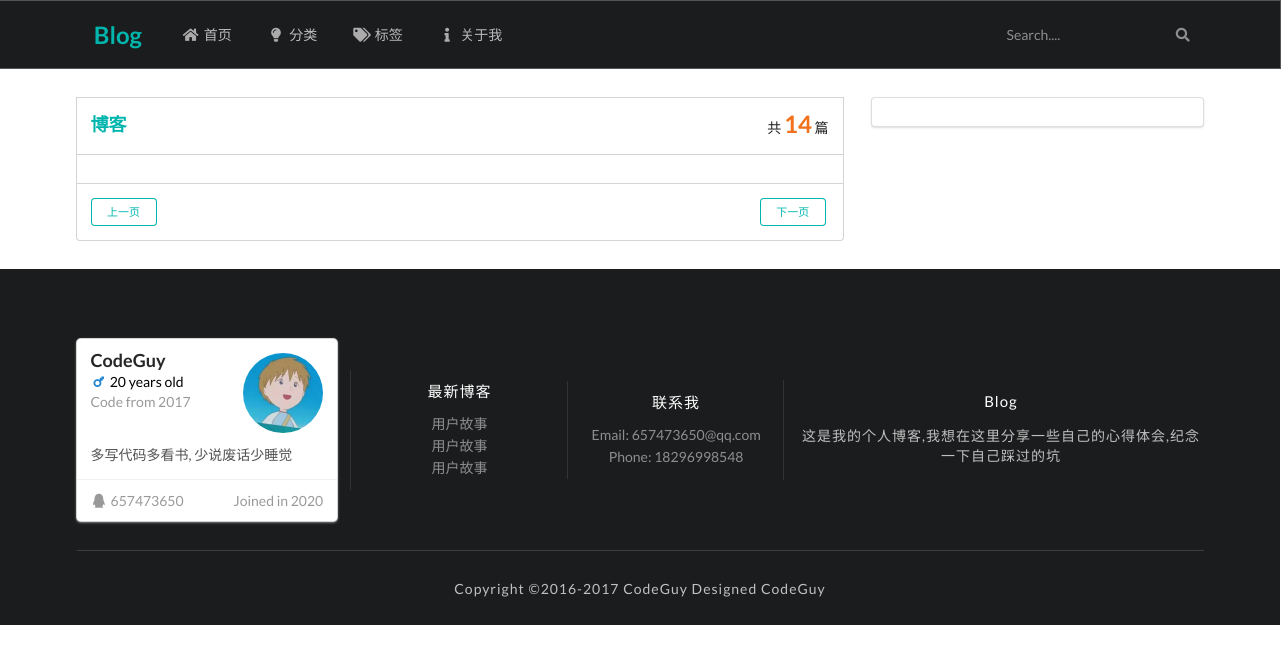
Repository: GOGOHQ/myblog
Page: index.html
The author's editor kept a copy of each file at every save. The page is drawn from the files as they stood at one save, then again after the next save.
The browser window is 1280 px wide. The page is 1281 px wide, so the pictures cover 1281 px, including what lies to the right of the window. The pictures show the whole page.
Some web libraries are served in a nearby version.

Above is the page before, as saved 2020-01-16 19:12:53.

After the next save:
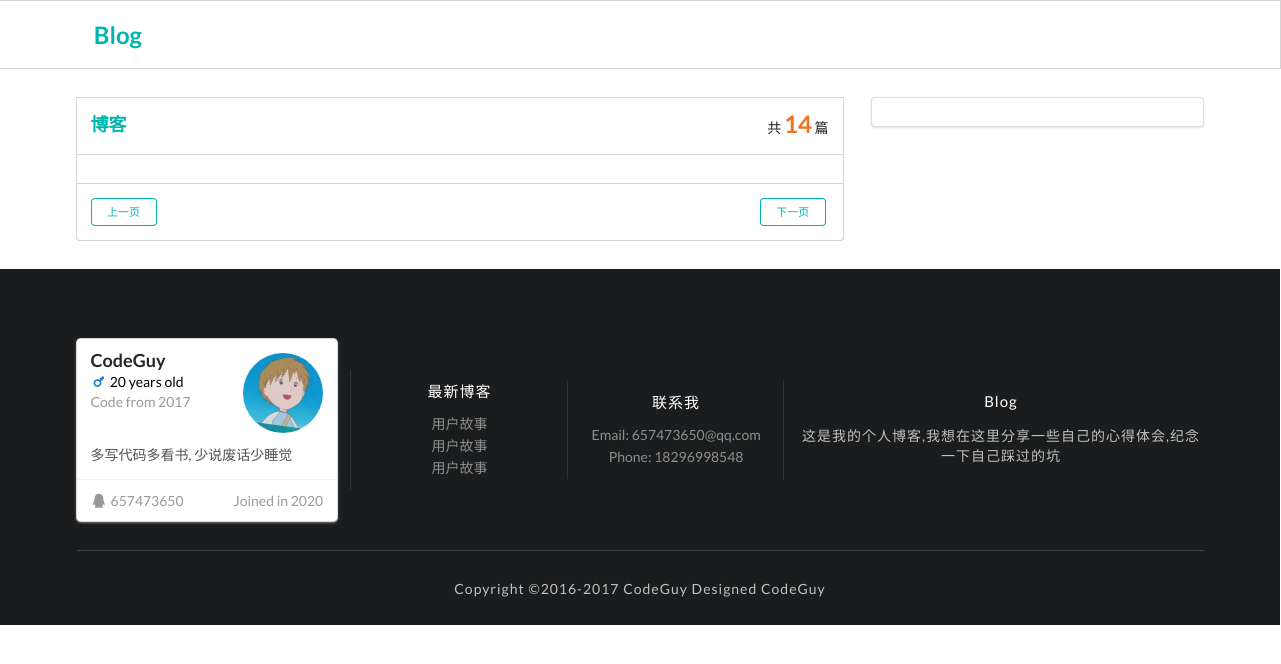
Saved 11 s later.
--- a/index.html
+++ b/index.html
@@ -13,7 +13,7 @@
 
 <body>
 <!-- 导航 -->
-<nav class="ui inverted  attached  segment m-padded-tb-mini">
+<nav class="ui   attached  segment m-padded-tb-mini">
     <div class="ui pink container">
         <div class="ui secondary inverted menu">
             <h2 class="ui teal header item">Blog</h2>
